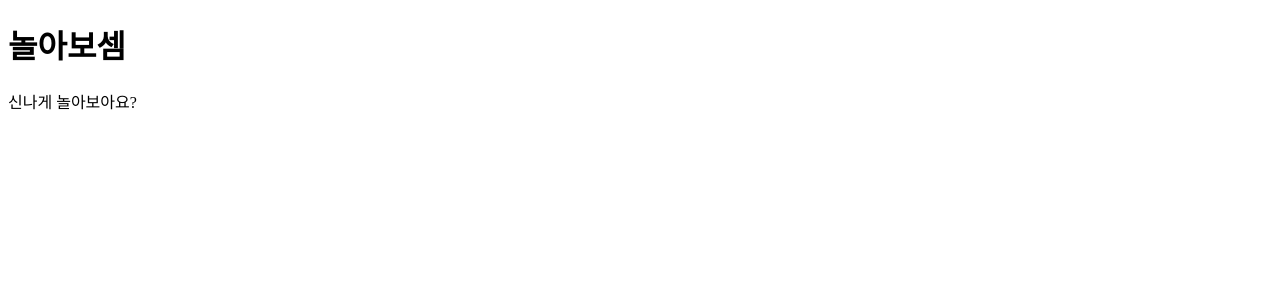
Repository: cd-yumu/acorn202501_web
Page: Hello/src/main/webapp/sub/play.html
The author's editor kept a copy of each file at every save. The page is drawn from the files as they stood at one save, then again after the next save.
The browser window is 1280 px wide. The pictures show the whole page.

Above is the page before, as saved 2025-01-02 08:03:21.

After the next save:
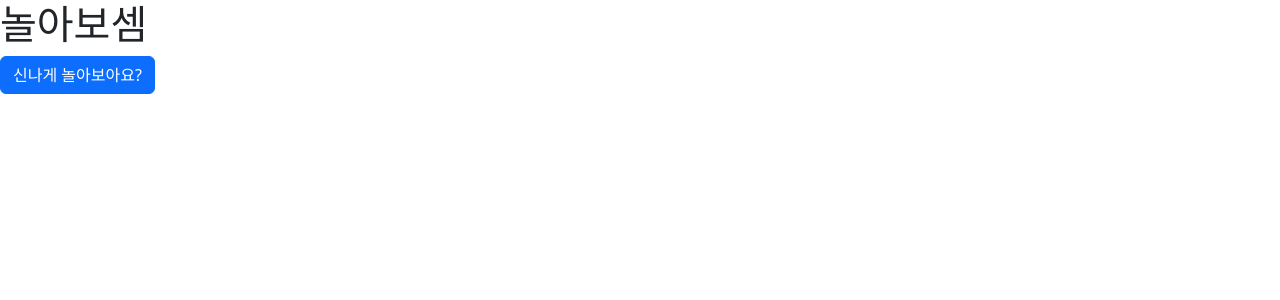
Saved 50 s later.
--- a/Hello/src/main/webapp/sub/play.html
+++ b/Hello/src/main/webapp/sub/play.html
@@ -3,9 +3,11 @@
 <head>
 <meta charset="UTF-8">
 <title>play.html</title>
+<link rel="stylesheet" href="https://cdn.jsdelivr.net/npm/bootstrap@5.3.3/dist/css/bootstrap.min.css">
 </head>
 <body>
 	<h1>놀아보셈</h1>
-	<p>신나게 놀아보아요?</p>
+	<p class="btn btn-primary">신나게 놀아보아요?</p>
+
 </body>
 </html>
